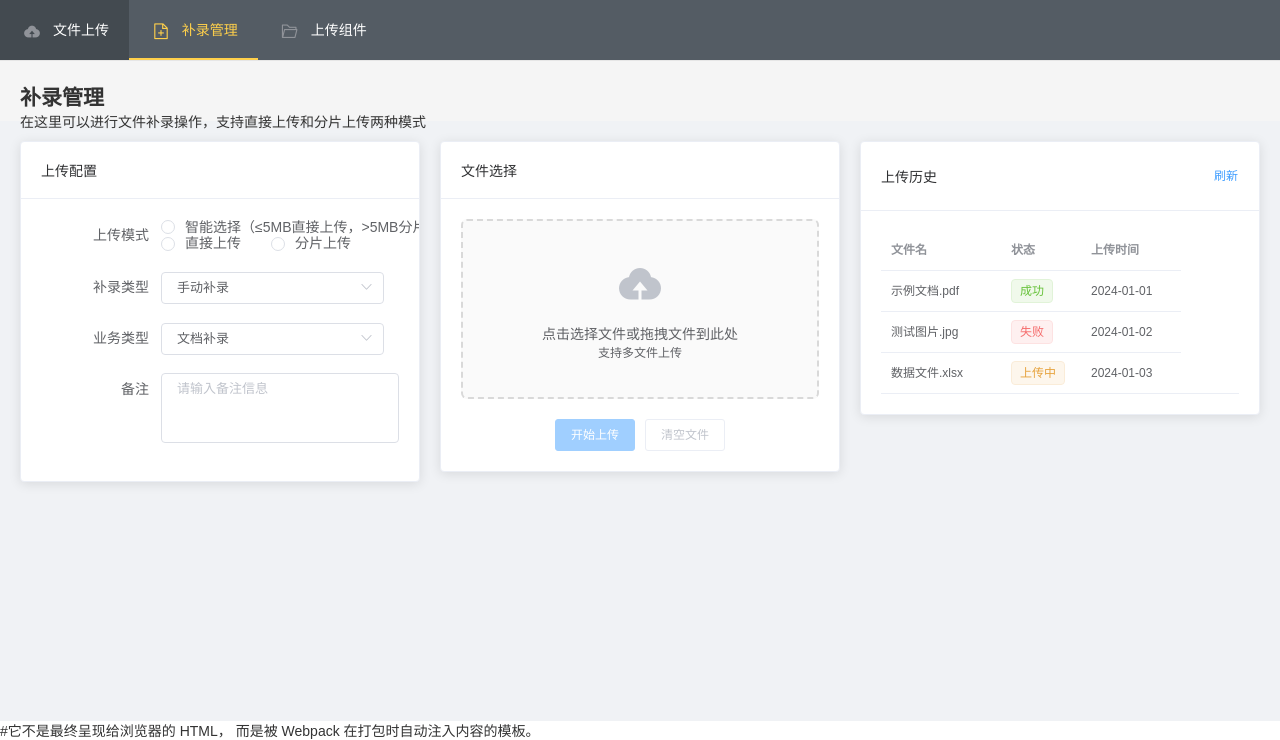
Repository: Savannah20041208/new_web-vue2
Page: /#/supplement
These files come from the project's save history. The page is drawn as it stood at one moment and after the next save; the edit follows.
The browser window is 1280 px wide. The pictures show the whole page.
The page's requests for data from a server got no answer. The project was rebuilt for these pictures with package versions that can differ from the ones it lists, and the page was loaded fresh each time. No one was signed in, and anything a server would have sent is missing. Also part of the build but not shown: vue.config.js, src/components/x-upload/components/x-file.vue, src/components/x-upload/components/folder-drag-upload/index.vue.

Above is the page before, as saved 2025-08-05 11:06:20.

### public/index.html
<!DOCTYPE html>
<html lang="">
  <head>
    <meta charset="utf-8">
    <meta http-equiv="X-UA-Compatible" content="IE=edge">
    <meta name="viewport" content="width=device-width,initial-scale=1.0">
    <link rel="icon" href="<%= BASE_URL %>favicon.ico">
    <title><%= htmlWebpackPlugin.options.title %></title>
  </head>
  <body>
    <noscript>
      <strong>We're sorry but <%= htmlWebpackPlugin.options.title %> doesn't work properly without JavaScript enabled. Please enable it to continue.</strong>
    </noscript>
    <div id="app"></div>
    <!-- built files will be auto injected -->
  </body>
</html>

#它不是最终呈现给浏览器的 HTML，
而是被 Webpack 在打包时自动注入内容的模板。

### src/App.vue
<template>
  <div id="app" style="height: 100vh">
    <navigation />
    <div class="main-content">
      <router-view></router-view>
    </div>

    <x-upload ref="globalUploader" />
  </div>
</template>

<script>
import XUpload from "@/components/x-upload";
import Navigation from "@/components/navigation";

export default {
  name: "App",
  components: {
    XUpload,
    Navigation
  },
  methods: {
    // 导出单独文件->url，通过标识返回不同的值
    exportFileUrl(identifier, type = 'default') {
      const baseUrl = 'api/fileUploadTask';

      switch (type) {
        case 'check':
          // 分片检查请求
          return `${baseUrl}/${identifier}`;
        case 'upload':
          // 分片上传请求
          return `${baseUrl}/upload`;
        case 'direct':
          // 直接上传（不分片）
          return `${baseUrl}/directUpload`;
        case 'supplement':
          // 补录上传
          return `${baseUrl}/supplementUpload`;
        default:
          return `${baseUrl}/upload`;
      }
    },

    // 获取全局上传器实例
    getGlobalUploader() {
      return this.$refs.globalUploader;
    }
  },
  mounted() {
    // 将导出方法挂载到全局，方便其他组件调用
    this.$root.exportFileUrl = this.exportFileUrl;
    this.$root.getGlobalUploader = this.getGlobalUploader;
  }
};
</script>

<style>
.main-content {
  height: calc(100vh - 60px);
  overflow: auto;
}
</style>

### src/assets/styles/reset.css
html,
body {
  height: 100%;
  /* 文字风格 Sans-serif 各笔画粗细相同，Serif 笔画粗细不同，monospace 等宽体，cursive草书，fantasy梦幻 */
  font-family: 'Microsoft YaHei', sans-serif, 'Helvetica Neue', Helvetica,
    Arial, '黑体', '宋体', Arial;
  -webkit-tap-highlight-color: transparent;
  -webkit-font-smoothing: antialiased;
  -moz-osx-font-smoothing: grayscale;
}
body {
  font-size: 14px;
  color: #333;
}
#app {
  height: 100%;
}
/* 重置各标签的默认样式 */
a,
body,
center,
cite,
code,
dd,
del,
div,
dl,
dt,
em,
fieldset,
figcaption,
figure,
footer,
form,
h1,
h2,
h3,
h4,
h5,
h6,
header,
hr,
html,
img,
input,
label,
legend,
li,
mark,
ol,
p,
section,
span,
textarea,
time,
td,
th,
ul {
  margin: 0;
  border: 0;
  padding: 0;
  font-style: normal;
  box-sizing: border-box;
  /*  自动换行 */
  word-wrap: break-word;
  /*  强制英文单词断行 */
  word-break: break-all;
}

/*  设置标签为块级分类 */
article,
aside,
details,
fieldset,
figcaption,
figure,
footer,
header,
main,
nav,
section {
  display: block;
}

/* 去除input标签的默认样式 */
button,
input,
textarea {
  -webkit-appearance: none;
  font-family: 'Microsoft YaHei', sans-serif, 'Helvetica Neue', Helvetica,
    Arial, '黑体', '宋体', Arial;
  border: 0;
  margin: 0;
  padding: 0;
  font-size: 1em;
  line-height: 1em;
  outline: none;
  background-color: transparent;
}

/*  禁止多文本框手动拖动大小 */
textarea {
  resize: none;
  -webkit-appearance: none;
}

/* 去掉按下的阴影盒子 */
input,
textarea,
a {
  -webkit-tap-highlight-color: transparent;
}

/*  清除a标签下划线 */
a,
a:visited {
  text-decoration: none;
}
a:focus,
a:active,
a:hover {
  outline: none;
}

/*  清除列表前面的点 */
ol,
li,
ul {
  list-style: none;
}

/*  清除IE下图片的边框 */
img {
  border-style: none;
  font-size: 0;
}

/*  解决chrome浏览器默认黄色背景问题 */
input:-webkit-autofill,
textarea:-webkit-autofill,
select:-webkit-autofill {
  -webkit-box-shadow: 0 0 0 1000px #fff inset;
}

/*  设置默认滚动条样式 */
::-webkit-input-placeholder {
  color: #afbdcc;
}
:-moz-placeholder {
  color: #afbdcc;
}
::-moz-placeholder {
  color: #afbdcc;
}
:-ms-input-placeholder {
  color: #afbdcc;
}
::-webkit-scrollbar {
  width: 6px;
  height: 6px;
}
::-webkit-scrollbar-track {
  background-color: #f5f5f5;
}
::-webkit-scrollbar-track-piece {
  background-color: #f5f5f5;
  border-radius: 6px;
}
::-webkit-scrollbar-thumb {
  background-color: #cccccc;
  border-radius: 6px;
}
::-webkit-scrollbar-corner {
  background-color: #f5f5f5;
}
::-webkit-resizer {
  background-repeat: no-repeat;
  background-position: bottom right;
}

### src/components/navigation/index.vue
<template>
  <div class="navigation">
    <el-menu
      :default-active="activeIndex"
      class="el-menu-demo"
      mode="horizontal"
      @select="handleSelect"
      background-color="#545c64"
      text-color="#fff"
      active-text-color="#ffd04b"
    >
      <el-menu-item index="/">
        <i class="el-icon-upload"></i>
        文件上传
      </el-menu-item>
      <el-menu-item index="/supplement">
        <i class="el-icon-document-add"></i>
        补录管理
      </el-menu-item>
      <el-menu-item index="/xupload">
        <i class="el-icon-folder-opened"></i>
        上传组件
      </el-menu-item>
    </el-menu>
  </div>
</template>

<script>
export default {
  name: 'AppNavigation',
  data() {
    return {
      activeIndex: '/'
    }
  },
  methods: {
    handleSelect(key) {
      this.activeIndex = key;
      // 避免重复导航到当前路由
      if (this.$route.path !== key) {
        this.$router.push(key);
      }
    }
  },
  watch: {
    '$route'(to) {
      this.activeIndex = to.path;
    }
  },
  mounted() {
    this.activeIndex = this.$route.path;
  }
}
</script>

<style scoped>
.navigation {
  width: 100%;
}

.el-menu-demo {
  border-bottom: none;
}
</style>

### src/components/supplement/index.vue
<template>
  <div class="supplement-page">
    <el-container style="height: 100%">
      <el-header style="background-color: #f5f5f5; padding: 20px;">
        <h2>补录管理</h2>
        <p>在这里可以进行文件补录操作，支持直接上传和分片上传两种模式</p>
      </el-header>

      <el-main>
        <el-row :gutter="20">
          <!-- 左侧：上传配置 -->
          <el-col :span="8">
            <el-card class="config-card">
              <template v-slot:header>
                <div class="card-header">
                  <span>上传配置</span>
                </div>
              </template>

              <el-form :model="uploadConfig" label-width="120px">
                <el-form-item label="上传模式">
                  <el-radio-group v-model="uploadConfig.mode">
                    <el-radio label="auto">智能选择（≤5MB直接上传，>5MB分片上传）</el-radio>
                    <el-radio label="direct">直接上传</el-radio>
                    <el-radio label="chunk">分片上传</el-radio>
                  </el-radio-group>
                </el-form-item>

                <el-form-item label="补录类型">
                  <el-select v-model="uploadConfig.supplementType" placeholder="请选择补录类型">
                    <el-option label="手动补录" value="manual"></el-option>
                    <el-option label="系统补录" value="system"></el-option>
                    <el-option label="批量补录" value="batch"></el-option>
                  </el-select>
                </el-form-item>

                <el-form-item label="业务类型">
                  <el-select v-model="uploadConfig.businessType" placeholder="请选择业务类型">
                    <el-option label="文档补录" value="document"></el-option>
                    <el-option label="图片补录" value="image"></el-option>
                    <el-option label="视频补录" value="video"></el-option>
                    <el-option label="其他" value="other"></el-option>
                  </el-select>
                </el-form-item>

                <el-form-item label="分片大小" v-if="uploadConfig.mode === 'chunk'">
                  <el-select v-model="uploadConfig.chunkSize">
                    <el-option label="1MB" :value="1024 * 1024"></el-option>
                    <el-option label="5MB" :value="5 * 1024 * 1024"></el-option>
                    <el-option label="10MB" :value="10 * 1024 * 1024"></el-option>
                  </el-select>
                </el-form-item>

                <el-form-item label="并发数" v-if="uploadConfig.mode === 'chunk'">
                  <el-input-number v-model="uploadConfig.simultaneousUploads" :min="1" :max="10"></el-input-number>
                </el-form-item>

                <el-form-item label="备注">
                  <el-input v-model="uploadConfig.remark" type="textarea" :rows="3" placeholder="请输入备注信息"></el-input>
                </el-form-item>
              </el-form>
            </el-card>
          </el-col>

          <!-- 中间：文件选择区域 -->
          <el-col :span="8">
            <el-card class="upload-card">
              <template v-slot:header>
                <div class="card-header">
                  <span>文件选择</span>
                </div>
              </template>

              <div class="upload-area" @click="selectFiles">
                <div class="upload-dragger">
                  <i class="el-icon-upload"></i>
                  <div class="upload-text">
                    <p>点击选择文件或拖拽文件到此处</p>
                    <p class="upload-tip">支持多文件上传</p>
                  </div>
                </div>
              </div>

              <input
                ref="fileInput"
                type="file"
                multiple
                style="display: none"
                @change="handleFileSelect"
              />

              <!-- 已选文件列表 -->
              <div v-if="selectedFiles.length > 0" class="selected-files">
                <h4>已选文件 ({{ selectedFiles.length }})</h4>
                <ul class="file-list">
                  <li v-for="(file, index) in selectedFiles" :key="index" class="file-item">
                    <span class="file-name">{{ file.name }}</span>
                    <span class="file-size">{{ formatFileSize(file.size) }}</span>
                    <el-button type="text" @click="removeFile(index)">删除</el-button>
                  </li>
                </ul>
              </div>

              <div class="upload-actions">
                <el-button type="primary" @click="startUpload" :disabled="selectedFiles.length === 0">
                  开始上传
                </el-button>
                <el-button @click="clearFiles" :disabled="selectedFiles.length === 0">
                  清空文件
                </el-button>
              </div>
            </el-card>
          </el-col>

          <!-- 右侧：上传历史 -->
          <el-col :span="8">
            <el-card class="history-card">
              <template v-slot:header>
                <div class="card-header">
                  <span>上传历史</span>
                  <el-button type="text" @click="refreshHistory">刷新</el-button>
                </div>
              </template>

              <el-table :data="uploadHistory" style="width: 100%" max-height="400">
                <el-table-column prop="fileName" label="文件名" width="120" show-overflow-tooltip></el-table-column>
                <el-table-column prop="status" label="状态" width="80">
                  <template slot-scope="scope">
                    <el-tag :type="getStatusType(scope.row.status)">{{ scope.row.status }}</el-tag>
                  </template>
                </el-table-column>
                <el-table-column prop="uploadTime" label="上传时间" width="100"></el-table-column>
              </el-table>
            </el-card>
          </el-col>
        </el-row>
      </el-main>
    </el-container>
  </div>
</template>

<script>
export default {
  name: 'SupplementPage',
  data() {
    return {
      uploadConfig: {
        mode: 'supplement', // 补录页面固定使用补录模式
        supplementType: 'manual',
        businessType: 'document',
        chunkSize: 5 * 1024 * 1024,
        simultaneousUploads: 3,
        remark: ''
      },
      selectedFiles: [],
      uploadHistory: [
        { fileName: '示例文档.pdf', status: '成功', uploadTime: '2024-01-01' },
        { fileName: '测试图片.jpg', status: '失败', uploadTime: '2024-01-02' },
        { fileName: '数据文件.xlsx', status: '上传中', uploadTime: '2024-01-03' }
      ]
    }
  },
  methods: {
    // 选择文件
    selectFiles() {
      this.$refs.fileInput.click();
    },

    // 处理文件选择
    handleFileSelect(event) {
      const files = Array.from(event.target.files);
      this.selectedFiles.push(...files);
      // 清空input，允许重复选择同一文件
      event.target.value = '';
    },

    // 移除文件
    removeFile(index) {
      this.selectedFiles.splice(index, 1);
    },

    // 清空文件
    clearFiles() {
      this.selectedFiles = [];
    },

    // 开始上传
    startUpload() {
      if (this.selectedFiles.length === 0) {
        this.$message.warning('请先选择文件');
        return;
      }

      // 准备上传参数
      const params = {
        supplementType: this.uploadConfig.supplementType,
        businessType: this.uploadConfig.businessType,
        remark: this.uploadConfig.remark,
        uploadTime: new Date().toISOString()
      };

      // 准备上传选项
      const options = {
        uploadMode: this.uploadConfig.mode,
        chunkSize: this.uploadConfig.chunkSize,
        simultaneousUploads: this.uploadConfig.simultaneousUploads
      };

      // 调用全局上传组件
      this.$uploadBus.$emit('openUploader', {
        files: this.selectedFiles,
        params: params,
        options: options
      });

      this.$message.success('已添加到上传队列');

      // 清空已选文件
      this.clearFiles();
    },

    // 格式化文件大小
    formatFileSize(bytes) {
      if (bytes === 0) return '0 B';
      const k = 1024;
      const sizes = ['B', 'KB', 'MB', 'GB'];
      const i = Math.floor(Math.log(bytes) / Math.log(k));
      return parseFloat((bytes / Math.pow(k, i)).toFixed(2)) + ' ' + sizes[i];
    },

    // 获取状态类型
    getStatusType(status) {
      switch (status) {
        case '成功': return 'success';
        case '失败': return 'danger';
        case '上传中': return 'warning';
        default: return 'info';
      }
    },

    // 刷新历史记录
    refreshHistory() {
      this.$message.info('刷新历史记录');
      // 这里可以调用API获取最新的上传历史
    }
  }
}
</script>

<style scoped>
.supplement-page {
  height: 100%;
  background-color: #f0f2f5;
}

.config-card, .upload-card, .history-card {
  height: 100%;
}

.card-header {
  display: flex;
  justify-content: space-between;
  align-items: center;
}

.upload-area {
  margin-bottom: 20px;
}

.upload-dragger {
  background-color: #fafafa;
  border: 2px dashed #d9d9d9;
  border-radius: 6px;
  box-sizing: border-box;
  width: 100%;
  height: 180px;
  text-align: center;
  cursor: pointer;
  position: relative;
  overflow: hidden;
  display: flex;
  flex-direction: column;
  justify-content: center;
  align-items: center;
  transition: border-color 0.3s;
}

.upload-dragger:hover {
  border-color: #409eff;
}

.upload-dragger i {
  font-size: 48px;
  color: #c0c4cc;
  margin-bottom: 16px;
}

.upload-text p {
  margin: 0;
  color: #606266;
}

.upload-tip {
  font-size: 12px;
  color: #909399;
  margin-top: 8px;
}

.selected-files {
  margin-bottom: 20px;
}

.file-list {
  list-style: none;
  padding: 0;
  margin: 0;
  max-height: 150px;
  overflow-y: auto;
}

.file-item {
  display: flex;
  justify-content: space-between;
  align-items: center;
  padding: 8px 0;
  border-bottom: 1px solid #ebeef5;
}

.file-name {
  flex: 1;
  overflow: hidden;
  text-overflow: ellipsis;
  white-space: nowrap;
  margin-right: 10px;
}

.file-size {
  color: #909399;
  font-size: 12px;
  margin-right: 10px;
}

.upload-actions {
  text-align: center;
}
</style>

Loaded but not shown: src/components/x-upload/chunk.js (610 lines, source omitted); src/components/x-upload/file.js (249 lines, source omitted); src/components/x-upload/uploader.js (242 lines, source omitted); src/components/x-upload/js/drag.js (55 lines, source omitted); src/components/x-upload/utils.js (73 lines, source omitted); src/components/x-upload/js/networkspeed.js (45 lines, source omitted); src/router.js (37 lines, source omitted); src/main.js (21 lines, source omitted); src/api/mock.js (4 lines, source omitted); src/components/x-upload/js/bus.js (3 lines, source omitted); src/components/x-upload/index.vue (801 lines, source omitted)

After the next save:
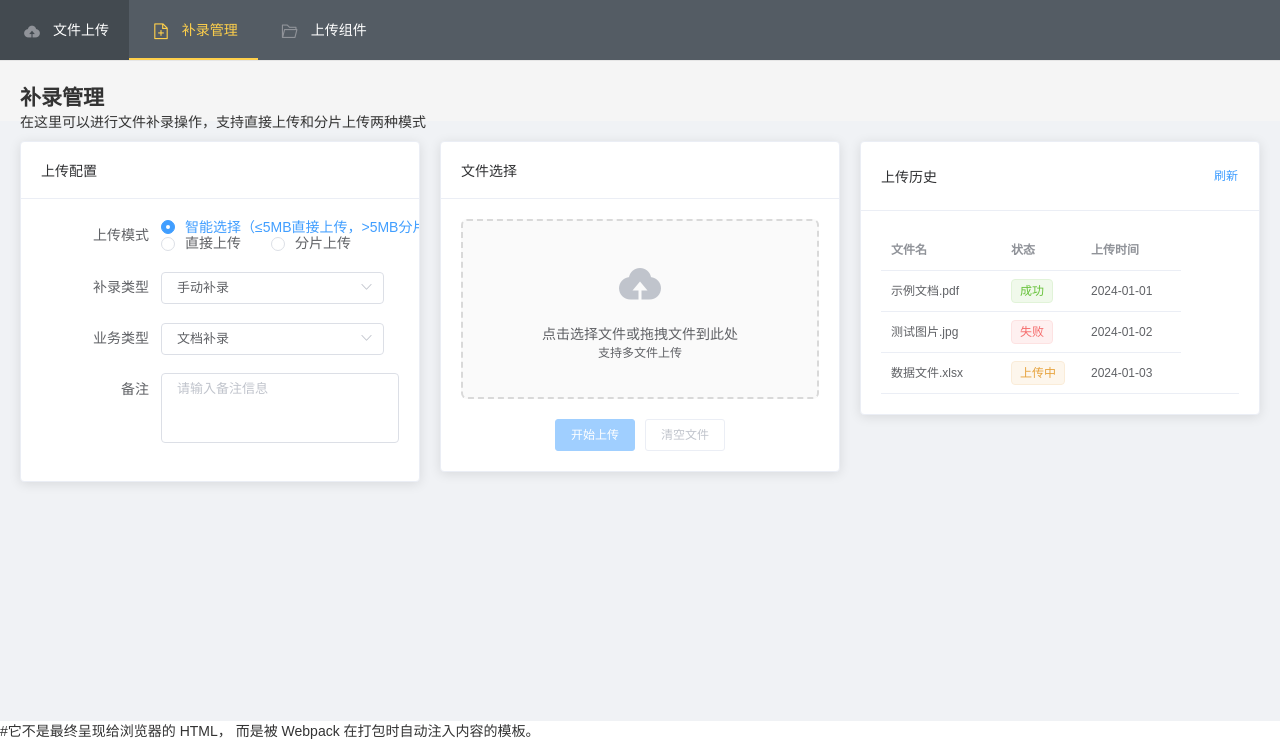
Saved 13 s later.
--- a/src/components/supplement/index.vue
+++ b/src/components/supplement/index.vue
@@ -145,7 +145,7 @@ export default {
   data() {
     return {
       uploadConfig: {
-        mode: 'supplement', // 补录页面固定使用补录模式
+        mode: 'auto', // 默认使用智能选择模式
         supplementType: 'manual',
         businessType: 'document',
         chunkSize: 5 * 1024 * 1024,
